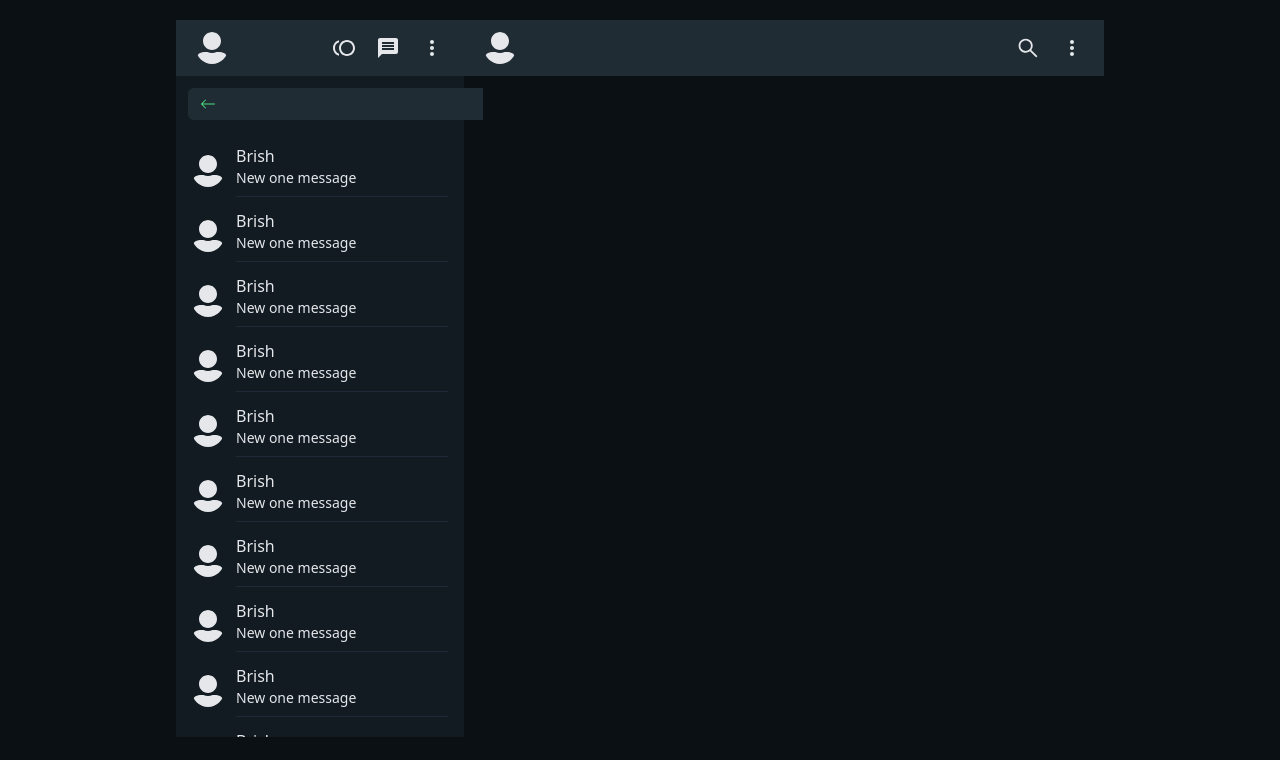
Repository: satya-ranjon/whatsapp-clone-dev
Page: /
The author's editor kept a copy of each file at every save. The page is drawn from the files as they stood at one save, then again after the next save.
The browser window is 1280 px wide. The pictures show the whole page.
The project was rebuilt for these pictures with package versions that can differ from the ones it lists, and the page was loaded fresh each time.

Above is the page before, as saved 2022-04-09 20:48:11.

After the next save:
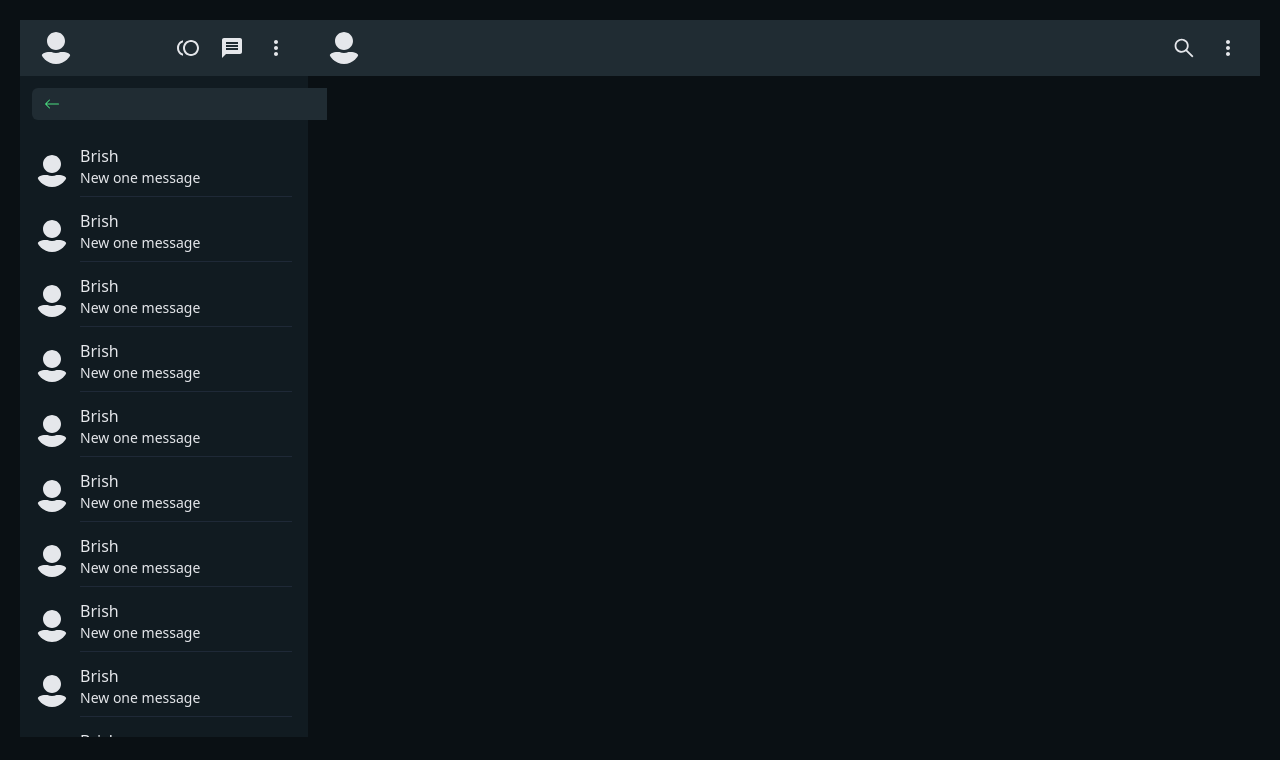
Saved 7 s later.
--- a/src/App.js
+++ b/src/App.js
@@ -3,7 +3,7 @@ import SideBar from "./Components/SideBar";
 
 function App() {
   return (
-    <div className="lg:p-5 lg:px-44 bg-[#0a1014] flex">
+    <div className="lg:p-5 lg:px- bg-[#0a1014] flex">
       <SideBar />
       <ChatContainer />
     </div>
